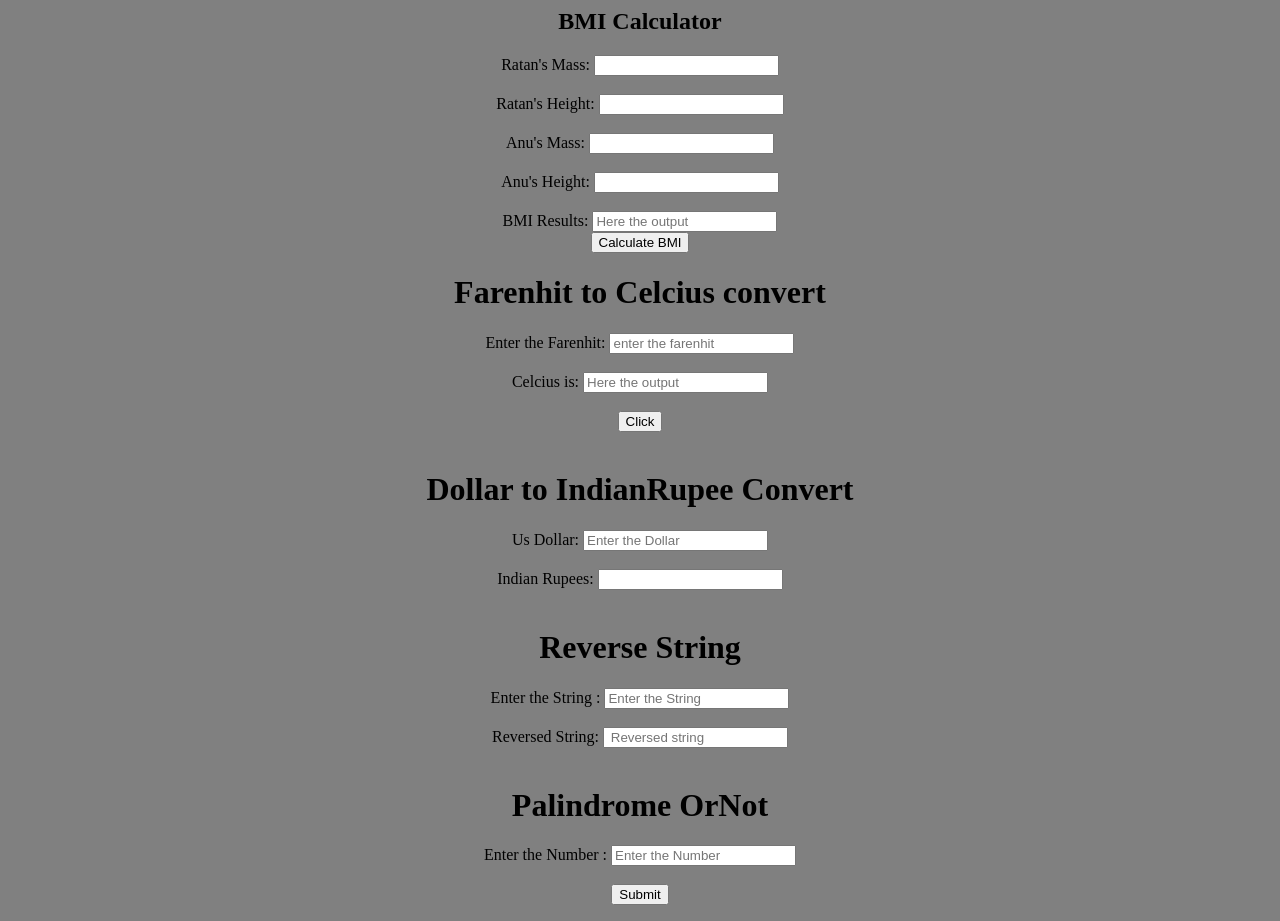
Repository: thatipallyvinod/AdvanceJava
Page: JAVASCRIPT/src/main/webapp/jsp.html
These files come from the project's save history. The page is drawn as it stood at one moment and after the next save; the edit follows.
The browser window is 1280 px wide. The pictures show the whole page.

Above is the page before, as saved 2024-03-25 08:27:43.

### JAVASCRIPT/src/main/webapp/jsp.html
 <html>
<head>
<title> JavaScript with HTML</title>
<script type="text/javascript" src="First.js"></script>
</head>
<body style="background-color: gray;  text-align: center;">
<h2>BMI Calculator</h2>
<form id="bmiForm">
    <label for="ratanMass">Ratan's Mass:</label>
    <input type="number" id="ratanMass" name="ratanMass"><br><br>

    <label for="ratanHeight">Ratan's Height:</label>
    <input type="number" id="ratanHeight" name="ratanHeight"><br><br>

    <label for="anuMass">Anu's Mass:</label>
    <input type="number" id="anuMass" name="anuMass"><br><br>

    <label for="anuHeight">Anu's Height:</label>
    <input type="number" id="anuHeight" name="anuHeight"><br><br>

<label for="bmiResults">BMI Results:</label>
<input type="text" id="bmiResults" placeholder="Here the output" readonly><br>
 <button type="button" onclick="calculateBMI()">Calculate BMI</button>
</form>
</body>
</html>



<html>
<head>
<script type="text/javascript" src="First.js"></script>
</head>
<body style="background-color: gray;  text-align: center;">
<h1>Farenhit to Celcius convert</h1>
<form>
<label>Enter the Farenhit:</label>
<input type= "text"  id="farenhitInput"    placeholder="enter the farenhit" required>
<br><br>
<label>Celcius is:</label>
<input type="text" 	id="celciusOutput"		placeholder="Here the output" readonly>
<br><br>
<button type="button" onClick="convertToCelcius()">Click</button>
<br><br>
</form>
</body>
</html>


 <html>
<head>
<script type="text/javascript" src="First.js"></script>
</head>
<body style="background-color: gray;  text-align: center;">
<h1>Dollar to IndianRupee Convert</h1>
<form >
<label>Us Dollar:</label>
<input type="text" id="dollarInput" placeholder="Enter the Dollar"   onInput="convertToINR()"   required>
<br><br>
<label> Indian Rupees:</label>
<input type="text" id="INRoutput"   readonly>
<br><br>
</form>
</body>
</html>


<html>
<head>
<script type="text/javascript" src="First.js"></script>
</head>
<body style="background-color: fuchsia; text-align: center;">
<h1>Reverse String</h1>
<form>
<label>Enter the String :</label>
<input type="text" id="string1Input" placeholder="Enter the String"    onInput="convertToReverse()"    required>
<br><br>
<label>Reversed String:</label>
<input type="text" id="stringOutput" placeholder=" Reversed string"  readonly>
<br><br>
</form>
</body>
</html>


<html>
<head>
<script type="text/javascript" src="First.js"></script>
</head>
<body style="background-color: fuchsia; text-align: center;">
<h1>Palindrome OrNot</h1>
<form>
<label>Enter the Number :</label>
<input type="text" id="NumberInput" placeholder="Enter the Number"      required>
<br><br>
<button type="button"  onclick="convertToPalindrome()">Submit</button>
</form>
</body>
</html>

### JAVASCRIPT/src/main/webapp/First.js
function calculateBMI() {
        var massRatan = parseInt(document.getElementById("ratanMass").value);
        var heightRatan = parseInt(document.getElementById("ratanHeight").value);
        var massAnu = parseInt(document.getElementById("anuMass").value);
        var heightAnu = parseInt(document.getElementById("anuHeight").value);

        var BMIratan = massRatan / (heightRatan * heightRatan);
        var BMIAnu = massAnu / (heightAnu * heightAnu);

        var resultDiv = document.getElementById("result");
        resultDiv.innerHTML = "BMIRatan: " + BMIratan.toFixed(2) + "<br>";
        resultDiv.innerHTML += "BMIAnu: " + BMIAnu.toFixed(2) + "<br>";

        var RatanHigherBMI = BMIratan > BMIAnu;
        resultDiv.innerHTML += "BMIratan is higher than BMIAnu: " + RatanHigherBMI + "<br>";

        for (let num = 1; num <= 100; num++) {
            if (num % 15 === 0) {
                resultDiv.innerHTML += "FizzBuzz JavaScript: " + num + "<br>";
            } else if (num % 3 === 0) {
                resultDiv.innerHTML += "Fizz: " + num + "<br>";
            } else if (num % 5 === 0) {
                resultDiv.innerHTML += "Buzz: " + num + "<br>";
            } else {
                resultDiv.innerHTML += num + "<br>";
            }
        }
    }

function convertToCelcius()
{
	const farenhit=parseFloat(document.getElementById('farenhitInput').value);
	const celcius= farenhit -32 * 5/9;
	document.getElementById('celciusOutput').value=celcius.toFixed(2);
}



function convertToINR() {
	let rate=82.89;
    const dollar = parseFloat(document.getElementById('dollarInput').value);
    const inr = ( dollar) * rate;
    document.getElementById('INRoutput').value = inr.toFixed(2);
}

function convertToReverse()
{
	const InputString=document.getElementById('string1Input').value;
	const ReversedString=InputString.split('').reverse().join('');
	document.getElementById('stringOutput').value=ReversedString;
}

//Convrting Palindrome
function convertToPalindrome()
{

	const number=parseInt(document.getElementById('NumberInput').value);
	let output=number;
	let rem,rev=0;
	while(output>0){
		rem = output % 10;
		rev = rev * 10 + rem;
		output = Math.floor(output / 10);
		}
	if(number=== rev){
		alert("Palindrome");
	}
	else{
		alert("Not Palindrome");
	}


}

After the next save:
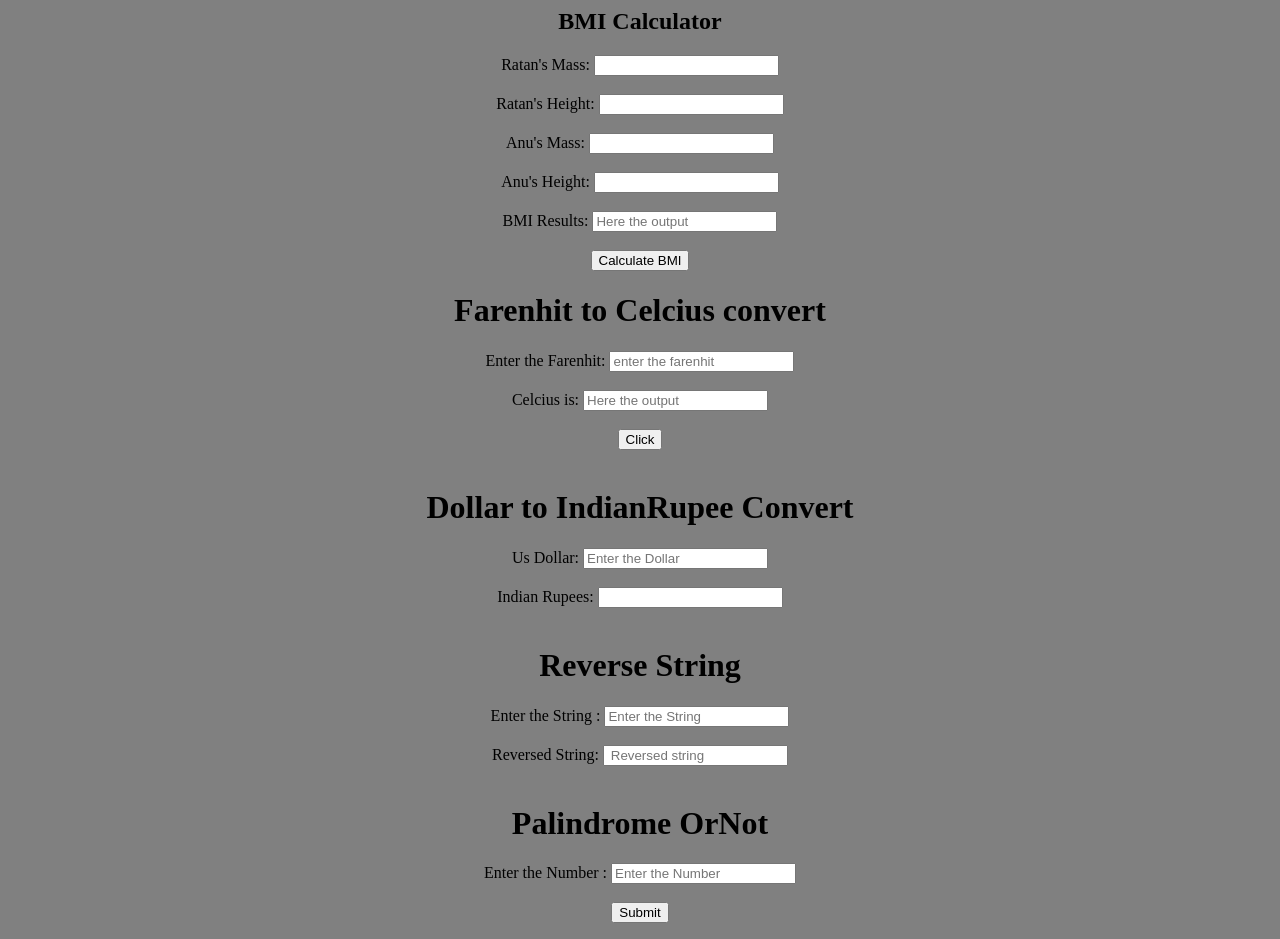
Saved 7 s later.
--- a/JAVASCRIPT/src/main/webapp/jsp.html
+++ b/JAVASCRIPT/src/main/webapp/jsp.html
@@ -19,7 +19,7 @@
     <input type="number" id="anuHeight" name="anuHeight"><br><br>
 
 <label for="bmiResults">BMI Results:</label>
-<input type="text" id="bmiResults" placeholder="Here the output" readonly><br>
+<input type="text" id="bmiResults" placeholder="Here the output" readonly><br><br>
  <button type="button" onclick="calculateBMI()">Calculate BMI</button>
 </form>
 </body>
